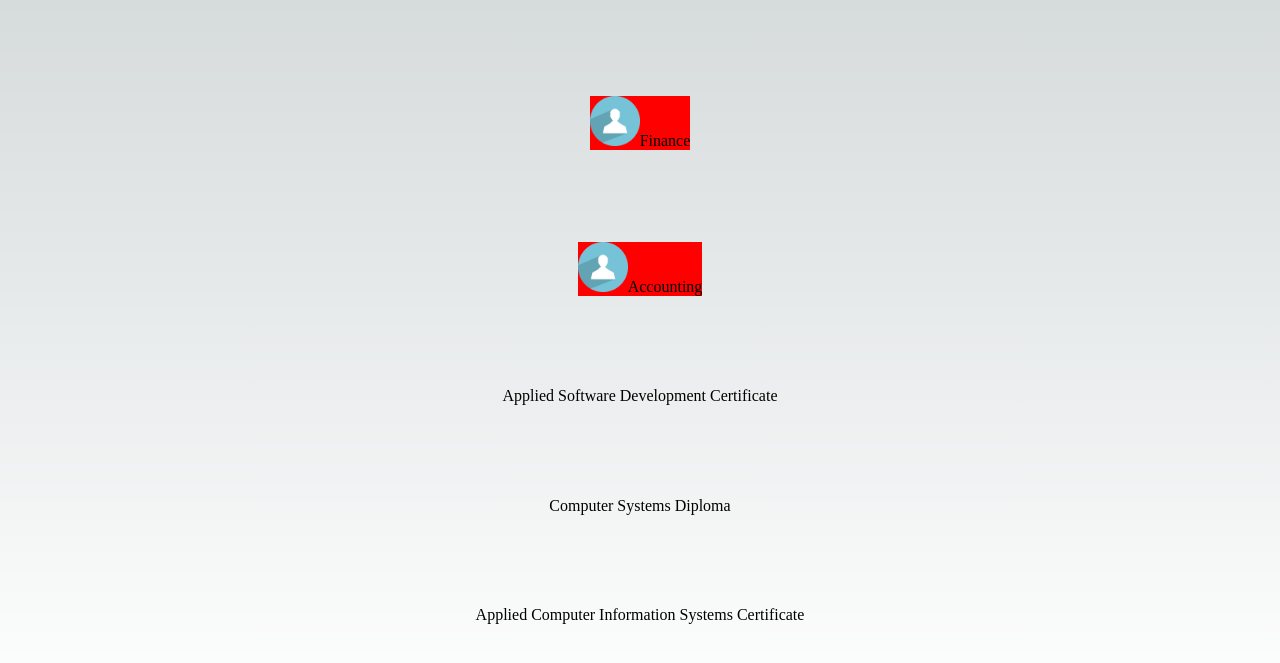
Repository: giovanabirck/mdia2109-class03
Page: / (app in example.map/)
These files come from the project's save history. The page is drawn as it stood at one moment and after a run of saves; the edit follows.
The browser window is 1280 px wide. The pictures show the whole page.
The project was rebuilt for these pictures with package versions that can differ from the ones it lists, and the page was loaded fresh each time. The framework's server and built-in components were replaced by stand-ins that run in the browser. Also part of the build but not shown: example.map/next.config.js.

Above is the page before, as saved 2023-01-19 14:58:58.

### example.map/pages/index.js
import Head from 'next/head'
import Image from 'next/image'
import { Inter } from '@next/font/google'
import styles from '@/styles/Home.module.css'
import data from '../data/education.json'
import { useState } from 'react'
import Card from '@/components/card'

const inter = Inter({ subsets: ['latin'] })

export default function Home() {

  console.log(data);
  const [information, setInformation] = useState([...data]);


  return (
    <>
      <Head>
        <title>Create Next App</title>
        <meta name="description" content="Generated by create next app" />
        <meta name="viewport" content="width=device-width, initial-scale=1" />
        <link rel="icon" href="/favicon.ico" />
      </Head>
      <main className={styles.main}>

        {
          information && information.map((info, index) => {
            if(info.department.toLowerCase() === "business") {
              return(
                <Card key={index} degree={info.degree} color="red"font/>
              )
            }
          })
        }

        {
          information && information.map((info, index) => {
            if(info.department.toLowerCase() === "computing") {
              return(
                <div key={index}>{info.degree}</div>
              )
            }
          })
        }
      </main>

    </>
  )
}

### example.map/data/education.json
[
        {
            "studentNumber": "A0004567",
            "firstName": "Person 1",
            "gpa": 3.8,
            "department": "Business",
            "degree": "Finance",
            "graduted": 2014
        },
        {
            "studentNumber": "A0001234",
            "firstName": "Person 2",
            "gpa": 3.5,
            "department": "Business",
            "degree": "Accounting",
            "graduted": 2010
        },
        {
            "studentNumber": "A0007890",
            "firstName": "Person 3",
            "gpa": 3.2,
            "department": "Computing",
            "degree": "Applied Software Development Certificate",
            "graduted": 2018
        },
        {
            "studentNumber": "A0007828",
            "firstName": "Person 4",
            "gpa": 3.9,
            "department": "Computing",
            "degree": "Computer Systems Diploma",
            "graduted": 2021
        },
        {
            "studentNumber": "A0003425",
            "firstName": "Person 5",
            "gpa": 3.2,
            "department": "Computing",
            "degree": "Applied Computer Information Systems Certificate",
            "graduted": 2021
        }
]

### example.map/components/card/index.js

export default function Card({
    degree  =   "none",
    color   =   "purple",
    font    =   "0",
    image   =   "icon/personTwo.png"
}) {

    return(
        <div style={{backgroundColor: color, fontSize:font}}>
            {
                color === "red"     ?   <img src={'icon/person.png'} width='50'/> :
                color === "blur"    ?   <img src={'icon/personThree.png'} width='50'/> :
                                        <img src={image} width='50'/>
            }
            {degree}
        </div>
    )
}

Loaded but not shown: example.map/pages/_app.js (common file); example.map/pages/_document.js (common file); example.map/styles/globals.css (common file); example.map/styles/Home.module.css (common file)

After the next 4 saves:
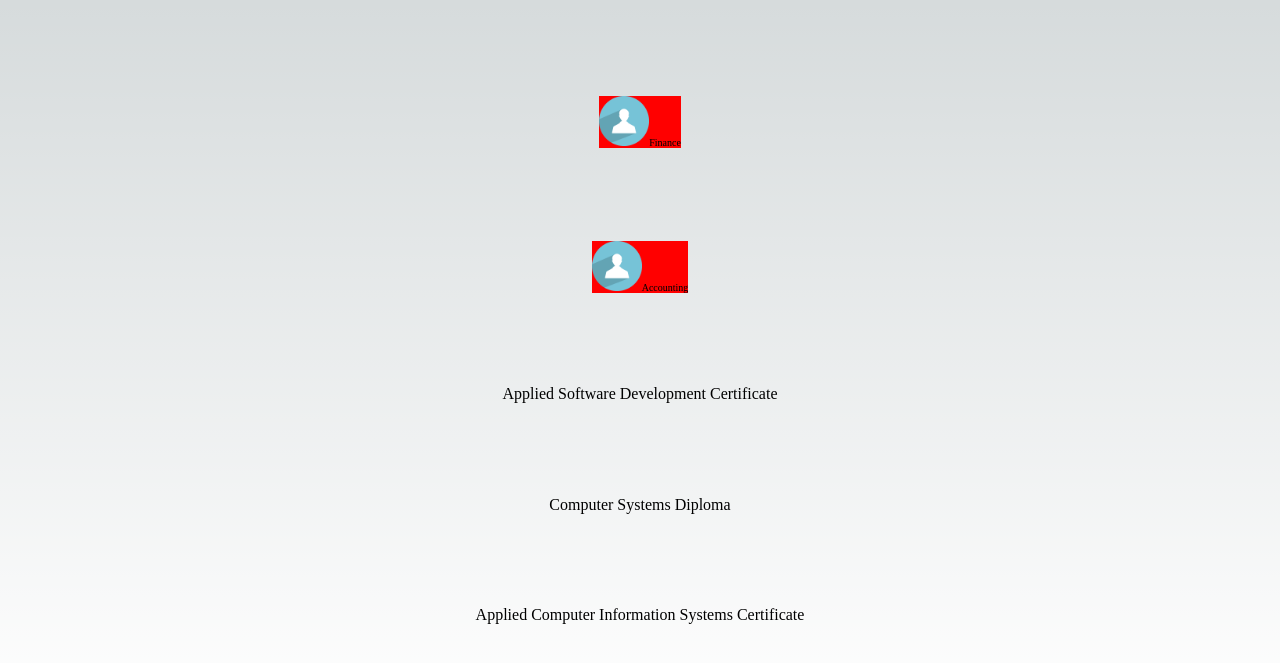
The 4 saves are shown as one change because 3 did not build or start.
The last was saved 7 s later.
--- a/example.map/pages/index.js
+++ b/example.map/pages/index.js
@@ -28,7 +28,7 @@ export default function Home() {
           information && information.map((info, index) => {
             if(info.department.toLowerCase() === "business") {
               return(
-                <Card key={index} degree={info.degree} color="red"font/>
+                <Card key={index} degree={info.degree} color="red"font="10px"/>
               )
             }
           })
